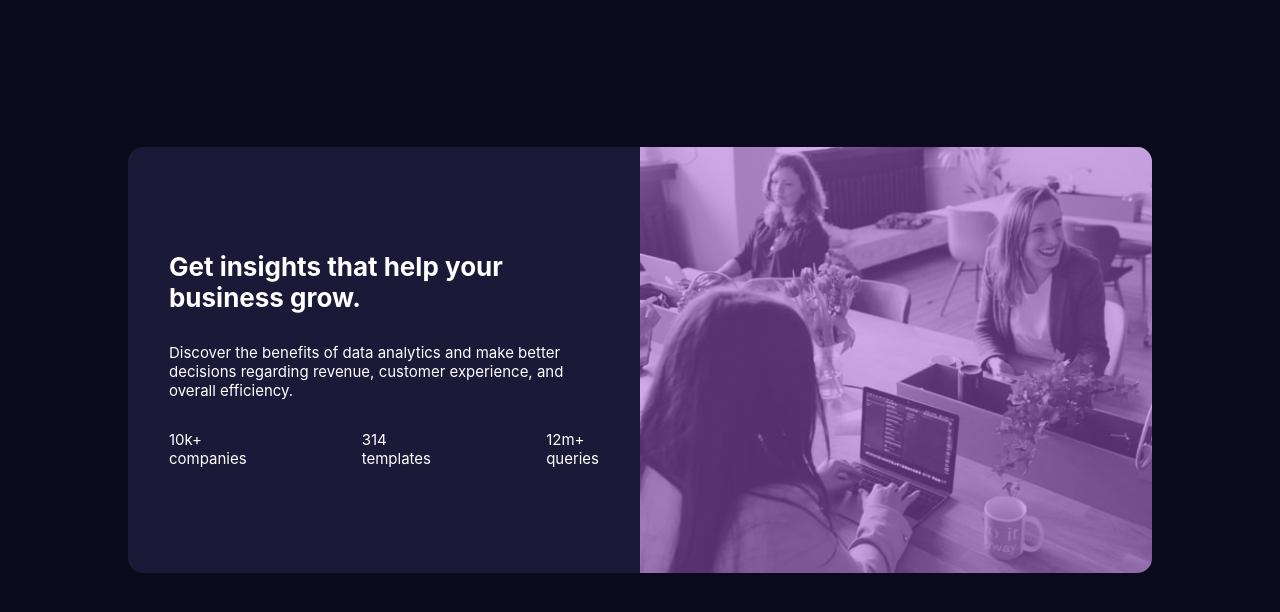
Repository: superZXMzzl/FrontendMentor
Page: stats-preview-card-component-main/index.html
These files come from the project's save history. The page is drawn as it stood at one moment and after the next save; the edit follows.
The browser window is 1280 px wide. The pictures show the whole page.

Above is the page before, as saved 2022-05-09 19:06:38.

After the next save:
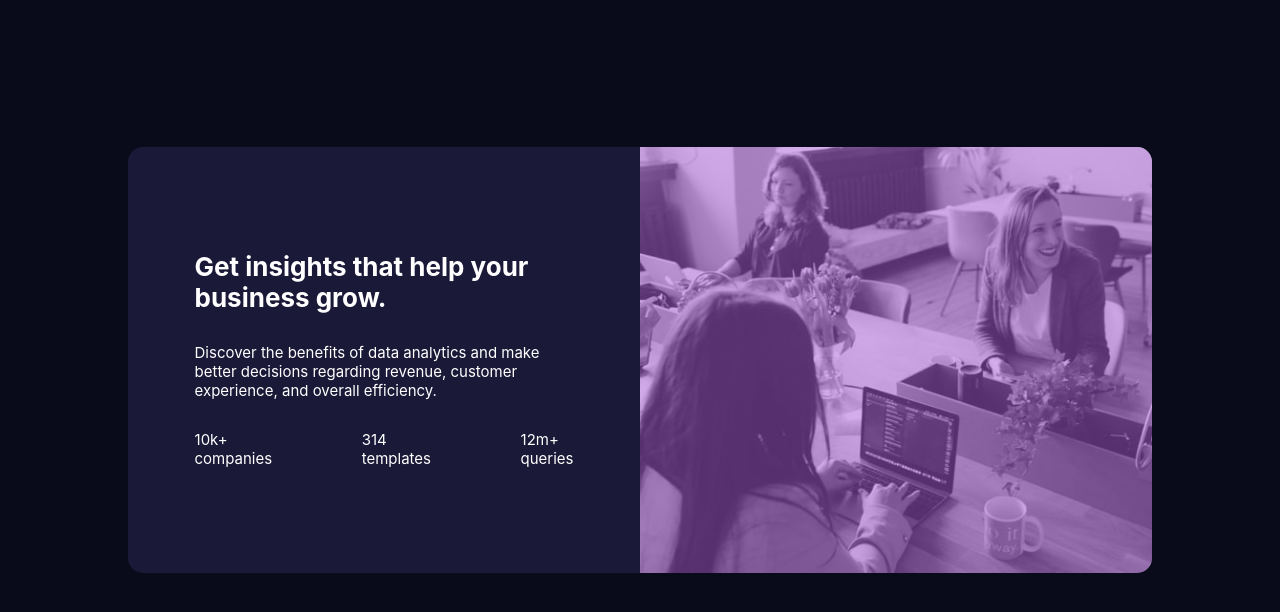
Saved 3 min 2 s later.
--- a/stats-preview-card-component-main/style.css
+++ b/stats-preview-card-component-main/style.css
@@ -27,20 +27,6 @@ body {
     grid-template-columns: 1fr 1fr;
 }
 
-.left{
-    padding: 8%;
-}
-
-.title{
-    font-size: 26px;
-    font-weight: bolder;
-    margin-bottom: 30px;
-}
-
-.description{
-    margin: 30px 0;
-}
-
 .right{
     width: 100%;
     height: 100%;
@@ -67,6 +53,20 @@ body {
     opacity: 0.5;
 }
 
+.left{
+    padding: 13%;
+}
+
+.title{
+    font-size: 26px;
+    font-weight: bolder;
+    margin-bottom: 30px;
+}
+
+.description{
+    margin: 30px 0;
+}
+
 .sta{
     display: flex;
     align-items: center;
